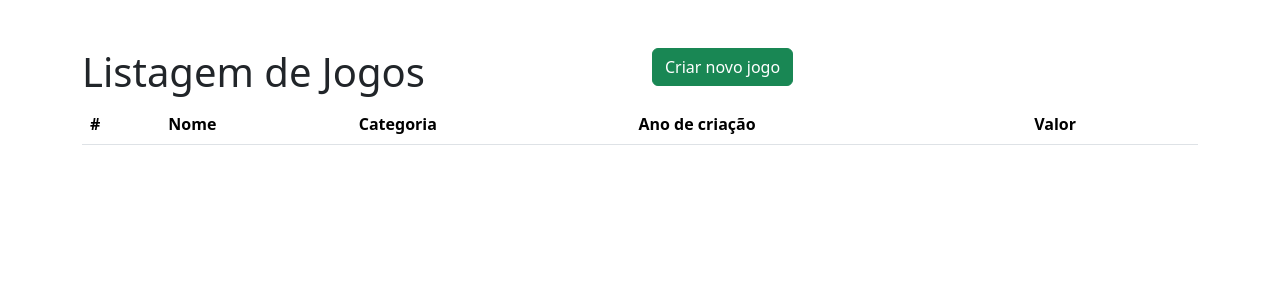
Repository: ytavares/game-registration
Page: http://localhost/jogos
These files come from the project's save history. The page is drawn as it stood at one moment and after the next save; the edit follows.
The browser window is 1280 px wide. The pictures show the whole page.
The page is served by the project's Laravel application, run on PHP 8.4 with Laravel 10. Other server files are loaded and not shown. Queries for data that is not in the repository find no rows.

Above is the page before, as saved 2023-09-16 00:44:15.

### routes/web.php
<?php

use App\Http\Controllers\JogosController;
use Illuminate\Support\Facades\Route;

/*
|--------------------------------------------------------------------------
| Web Routes
|--------------------------------------------------------------------------
|
| Here is where you can register web routes for your application. These
| routes are loaded by the RouteServiceProvider and all of them will
| be assigned to the "web" middleware group. Make something great!
|
*/

Route::prefix('jogos')->group(function () {
    Route::get('/', [JogosController::class, 'index'])->name('jogos-index');
    Route::get('/create', [JogosController::class, 'create'])->name('jogos-create');
    Route::post('/', [JogosController::class, 'store'])->name('jogos-store');
});

Route::fallback(function () {
    return "Erro ao localizar a rota!";
});

### app/Http/Controllers/JogosController.php
<?php

namespace App\Http\Controllers;

use App\Models\Jogo;
use Illuminate\Http\Request;

class JogosController extends Controller
{
    public function index()
    {
        $jogos = Jogo::all();
        return view('jogos.index', ['jogos' => $jogos]);
    }

    public function create()
    {
        return view('jogos.create');
    }
    public function store(Request $request)
    {
        Jogo::create($request->all());
        return redirect()->route('jogos-index');
    }
}

### app/Models/Jogo.php
<?php

namespace App\Models;

use Illuminate\Database\Eloquent\Factories\HasFactory;
use Illuminate\Database\Eloquent\Model;

class Jogo extends Model
{
    use HasFactory;
    protected $fillable = [
        'nome',
        'categoria',
        'ano_criacao',
        'valor',
    ];
};

### resources/views/jogos/index.blade.php
@extends('layouts.app')

@section('title', 'Listagem')
@section('content')
    <div class="container mt-5">
        <div class="row">
            <div class="col-md-6">
                <h1>Listagem de Jogos</h1>
            </div>
            <div class="col-md-6">
                <a href="{{ route('jogos-create')}}" class="btn btn-success">Criar novo jogo</a>
            </div>
        </div>
        <table class="table">
            <thead>
            <tr>
                <th scope="col">#</th>
                <th scope="col">Nome</th>
                <th scope="col">Categoria</th>
                <th scope="col">Ano de criação</th>
                <th scope="col">Valor</th>
            </tr>
            </thead>
            <tbody>
                @foreach ($jogos as $jogo)
                <tr>
                    <th scope="row">{{ $jogo->id }}</th>
                    <td>{{ $jogo->nome }}</td>
                    <td>{{ $jogo->categoria }}</td>
                    <td>{{ $jogo->ano_criacao }}</td>
                    <td>{{ $jogo->valor }}</td>
                </tr>
                @endforeach
            </tbody>
        </table>
    </div>
@endsection

### resources/views/layouts/app.blade.php
<!DOCTYPE html>
<html lang="en">
<head>
    <meta charset="UTF-8">
    <meta name="viewport" content="width=device-width, initial-scale=1.0">
    <meta http-equiv="X-UA-Compatible" content="ie=edge">
    <link href="https://cdn.jsdelivr.net/npm/bootstrap@5.3.2/dist/css/bootstrap.min.css" rel="stylesheet" integrity="sha384-T3c6CoIi6uLrA9TneNEoa7RxnatzjcDSCmG1MXxSR1GAsXEV/Dwwykc2MPK8M2HN" crossorigin="anonymous">
    <title>@yield('title') - Laravel</title>
</head>
<body>
    @yield('content')
</body>
</html>

Loaded but not shown: app/Http/Controllers/Controller.php (common file)

After the next save:
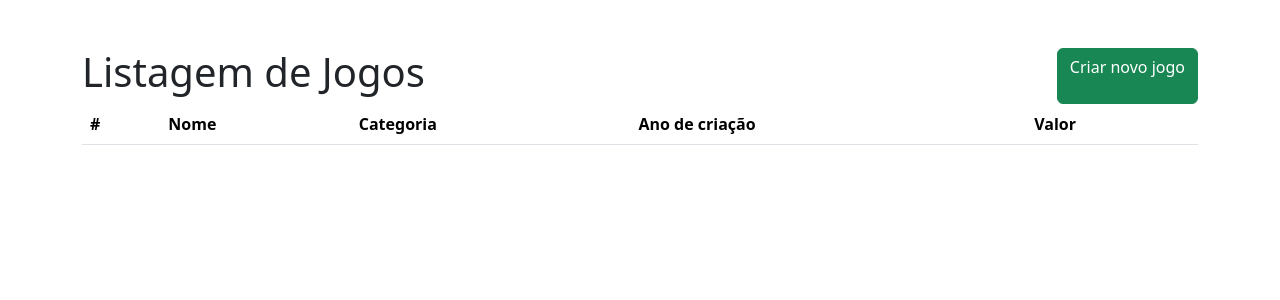
Saved 39 s later.
--- a/resources/views/jogos/index.blade.php
+++ b/resources/views/jogos/index.blade.php
@@ -7,7 +7,7 @@
             <div class="col-md-6">
                 <h1>Listagem de Jogos</h1>
             </div>
-            <div class="col-md-6">
+            <div class="col-md-6 d-flex justify-content-end">
                 <a href="{{ route('jogos-create')}}" class="btn btn-success">Criar novo jogo</a>
             </div>
         </div>
